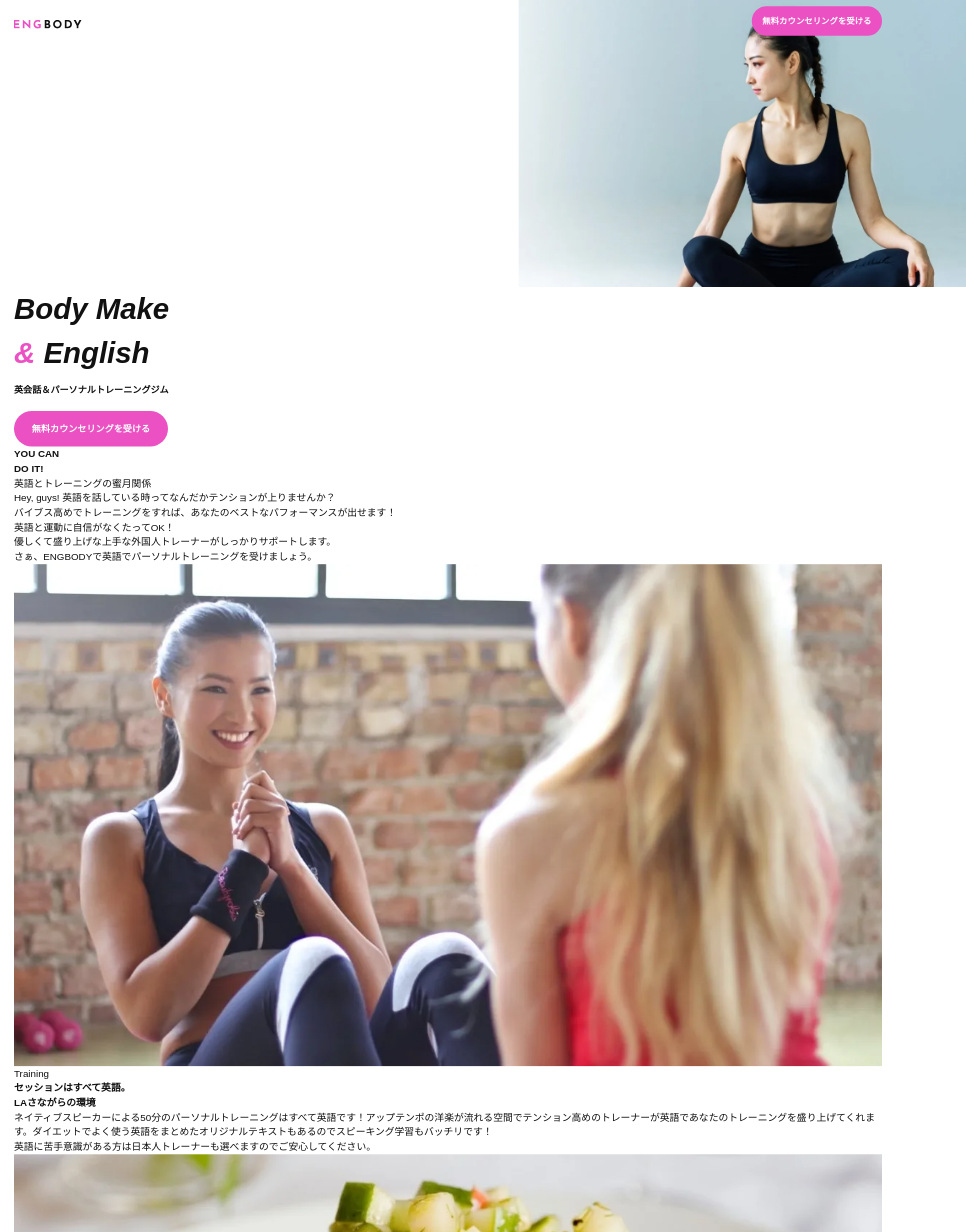
Repository: tetishi/engbody
Page: index.html
These files come from the project's save history. The page is drawn as it stood at one moment and after a run of saves; the edit follows.
The browser window is 1280 px wide. The page is 1380 px wide, then 1280 px, so the pictures cover 1380 px, including what lies to the right of the window. The pictures show the part of the page from y = 0 to 1760 px (the page is 12583 px tall before and 12355 px after), at 70% of full size.
The style sheet was rebuilt from its Sass, Less or Tailwind sources for each picture, by a compiler version that may differ from the author's.

Above is the page before, as saved 2023-07-26 00:17:03.

After the next 2 saves:
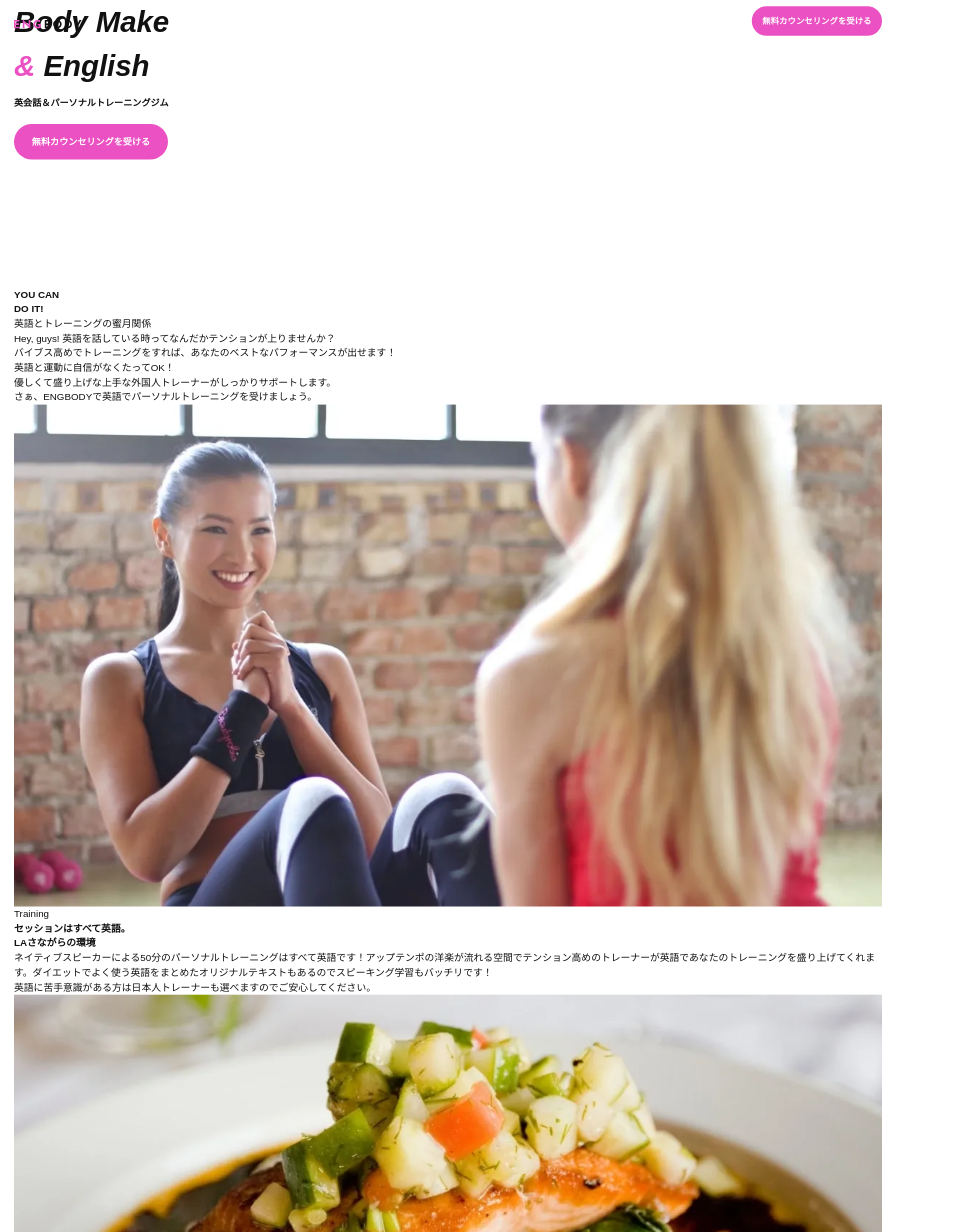
The 2 saves are shown as one change because they came seconds apart.
The last was saved 8 s later.
--- a/css/style.scss
+++ b/css/style.scss
@@ -68,11 +68,11 @@ a {
 
 //fv
 .fv {
+    height: 410px;
 }
 .fv-img {
     background-image: url(../img/bg_mv.webp);
     background-position: right bottom;
-    height: 410px;
     background-size: contain;
     background-repeat: no-repeat;
     border-radius: 0 0 0 50px;
